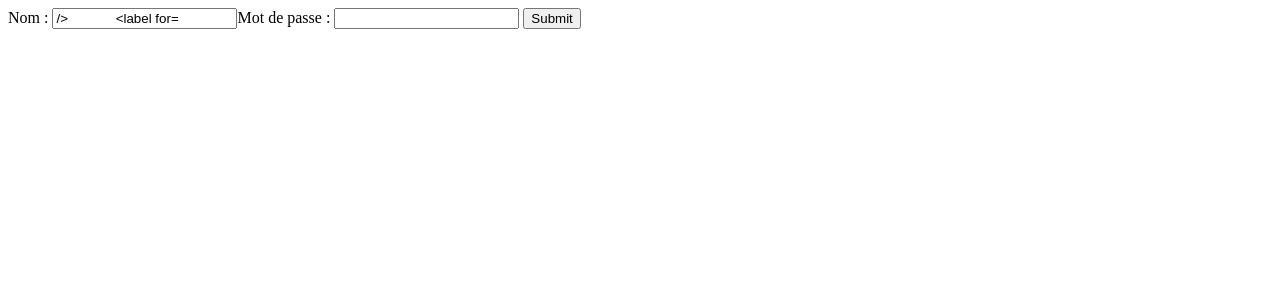
Repository: Kahefsay/javaEE
Page: http://localhost/ApsioTest/Login
An editor plug-in stored every save of this project. The page is shown before and after the next save, followed by the edit.
The browser window is 1280 px wide. The pictures show the whole page.
The page is served by Tomcat 9.

Above is the page before, as saved 2018-02-02 13:37:59.

After the next save:
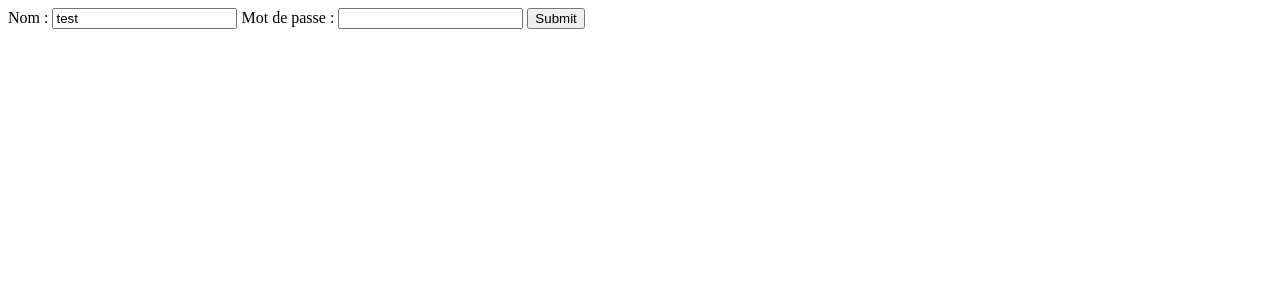
Saved 37 s later.
--- a/ApsioTest/WebContent/WEB-INF/login.jsp
+++ b/ApsioTest/WebContent/WEB-INF/login.jsp
@@ -13,7 +13,7 @@
 
 <form method="post" action="Login">
 	<label for="nom">Nom : </label>
-	<input type="text" name="pseudo" id="pseudo" value="<c:out value="${pseudo}"/>/>
+	<input type="text" name="pseudo" id="pseudo" value="test"/>
 
 	<label for="password">Mot de passe : </label>
 	<input type="password" name="password" id="password" />
